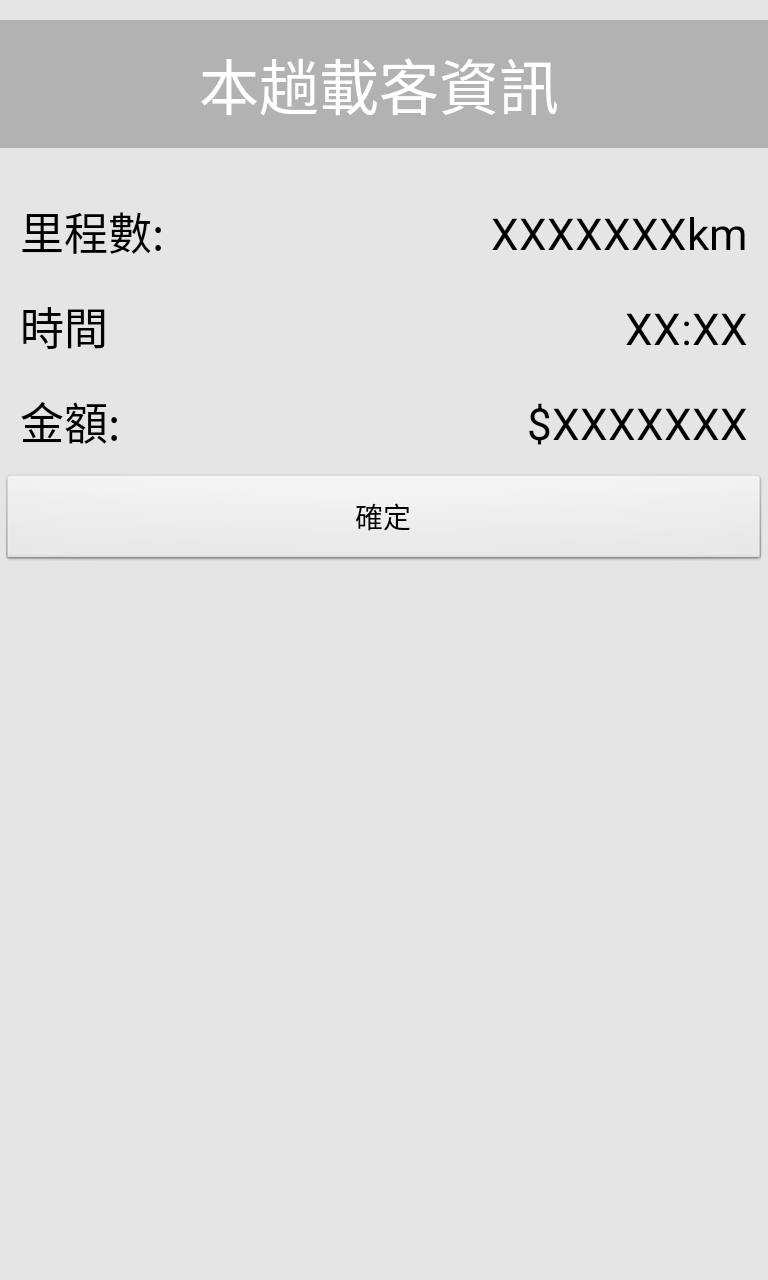
Repository: chsien/MrTaxi_Driver
Layout: MrTaxiDriver/res/layout/sum.xml
These files come from the project's save history. The layout is drawn as it stood at one moment and after the next save; the edit follows.
It is drawn on a 768 x 1280 px phone screen (xhdpi) without system bars, with theme android:Theme; the app's code is not run.

Above is the layout before, as saved 2012-06-22 14:02:25.

After the next save:
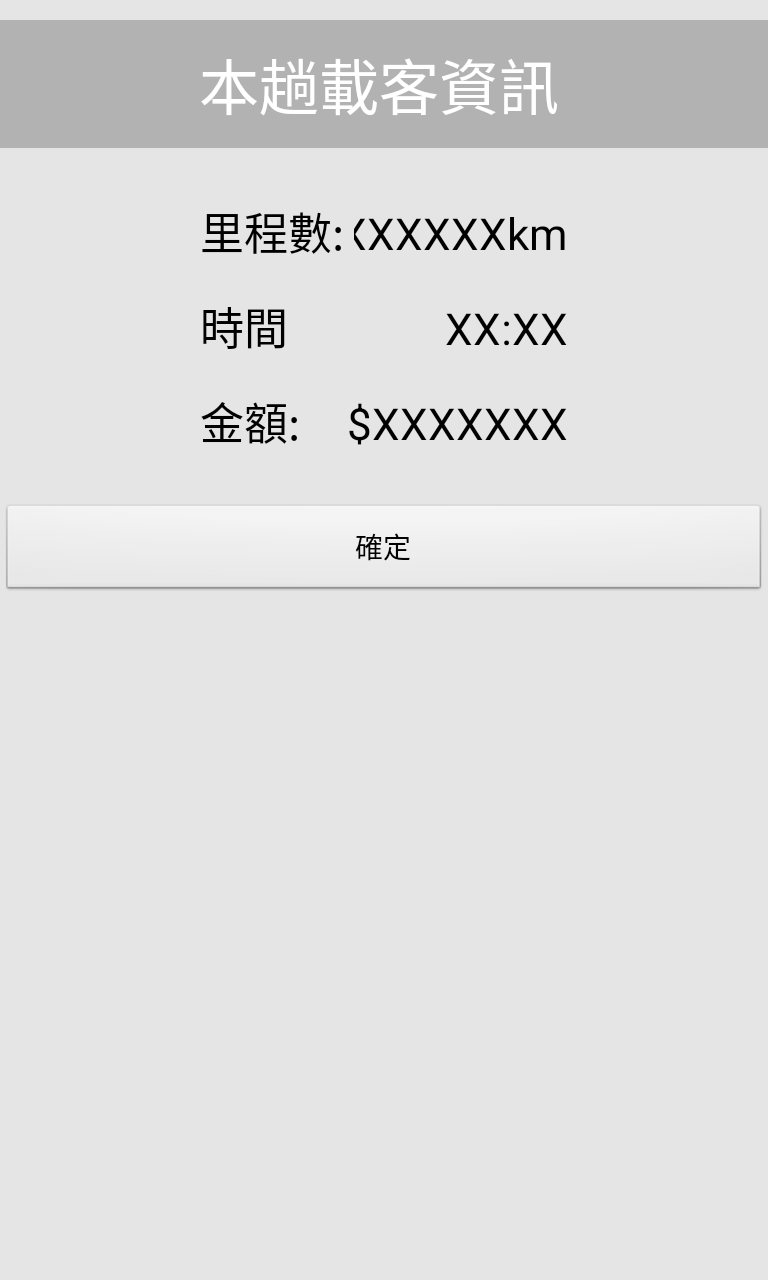
Saved 6 min 36 s later.
--- a/MrTaxiDriver/res/layout/sum.xml
+++ b/MrTaxiDriver/res/layout/sum.xml
@@ -40,6 +40,14 @@
 	        </LinearLayout>
 
 		</LinearLayout>
+
+
+	<LinearLayout
+	    android:layout_width="match_parent"
+	    android:layout_height="wrap_content"
+	            android:layout_marginLeft="90dp"
+	            android:layout_marginRight="90dp"
+	    android:orientation="vertical">
 
 	        <LinearLayout
 	            android:layout_width="match_parent"
@@ -122,11 +130,13 @@
 	                android:gravity="right"
 	                android:textAppearance="?android:attr/textAppearanceLarge"/>
 	        </LinearLayout>
+	     </LinearLayout>
+
 	        <Button
-	            android:id="@+id/button1"
+	            android:id="@+id/ok"
 	            android:layout_width="match_parent"
 	            android:layout_height="wrap_content"
-	            android:layout_gravity="bottom"
+	            android:layout_marginTop="15dp"
 	            android:text="確定"/>
 
 
